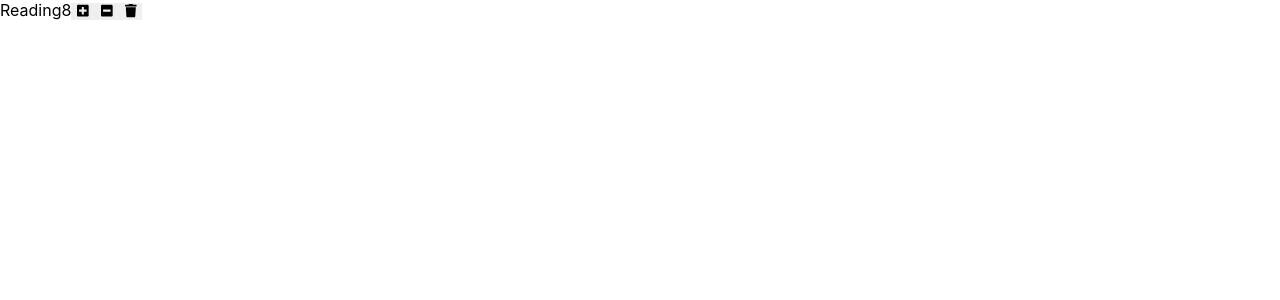
Repository: keehoonjung/react-habit-tracker
Page: / (app in react/habit-tracker/)
The author's editor kept a copy of each file at every save. The page is drawn from the files as they stood at one save, then again after the next save.
The browser window is 1280 px wide. The pictures show the whole page.
The project was rebuilt for these pictures with package versions that can differ from the ones it lists, and the page was loaded fresh each time.

Above is the page before, as saved 2021-08-30 16:16:32.

### react/habit-tracker/public/index.html
<!DOCTYPE html>
<html lang="en">
  <head>
    <meta charset="utf-8" />
    <link rel="icon" href="%PUBLIC_URL%/favicon.ico" />
    <meta name="viewport" content="width=device-width, initial-scale=1" />
    <meta name="theme-color" content="#000000" />
    <meta
      name="description"
      content="Web site created using create-react-app"
    />
    <link rel="apple-touch-icon" href="%PUBLIC_URL%/logo192.png" />
    <title>App</title>
  </head>
  <body>
    <noscript>You need to enable JavaScript to run this app.</noscript>
    <div id="root"></div>
  </body>
</html>

### react/habit-tracker/src/app.jsx
import React from "react";
import "./app.css";
import Habit from "./components/habit";

function App() {
  return <Habit />;
}

export default App;

### react/habit-tracker/src/app.css
button {
  outline: none;
  border: 0;
  cursor: pointer;
}

### react/habit-tracker/src/components/habit.jsx
import React, { Component } from "react";

class Habit extends Component {
  render() {
    return (
      <>
        <span className="habit-name">Reading</span>
        <span className="habit-count">8</span>
        <button className="habit-button haibit-increase">
          <i className="fas fa-plus-square"></i>
        </button>
        <button className="habit-button haibit-decrease">
          <i className="fas fa-minus-square"></i>
        </button>
        <button className="habit-button haibit-delete">
          <i className="fas fa-trash"></i>
        </button>
      </>
    );
  }
}

export default Habit;

Loaded but not shown: react/habit-tracker/src/index.js (common file); react/habit-tracker/src/index.css (common file)

After the next save:
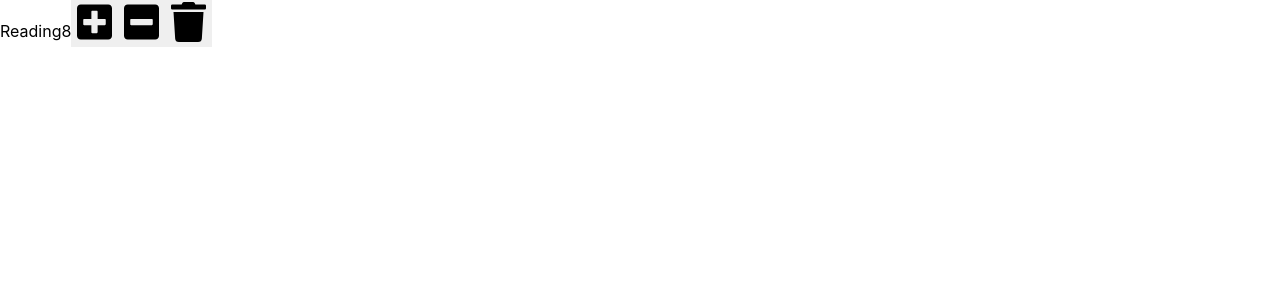
Saved 15 s later.
--- a/react/habit-tracker/src/app.css
+++ b/react/habit-tracker/src/app.css
@@ -3,3 +3,7 @@ button {
   border: 0;
   cursor: pointer;
 }
+
+.habit-button {
+  font-size: 2.5rem;
+}
